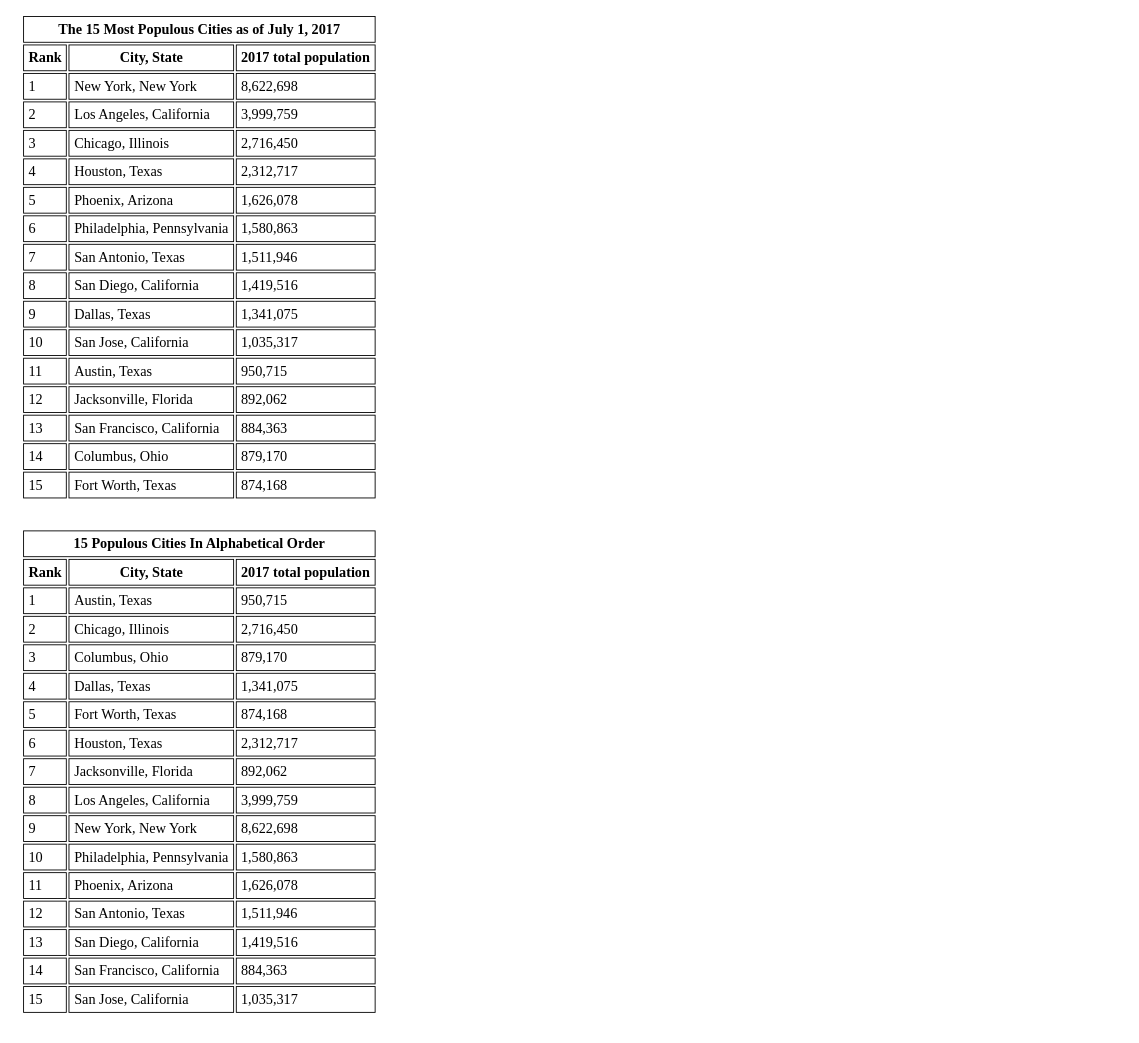
Repository: developergrace/cosw30
Page: http://localhost/homework/homework4/population.php
The author's editor kept a record of every edit. The page is drawn from the files as they stood at one moment, then again after the next edit.
The browser window is 1280 px wide. The pictures show the whole page, at 89% of full size.
The page is run by PHP 8.4 with error messages shown; the project is at /var/www/html/.

Above is the page before.

### homework/homework4/population.php
<!DOCTYPE html>
<html>
    <head>
        <meta charset="utf-8">
        <title>Activity 2: Array Table Output</title>
    </head>

    <style>
        table {
            margin: 1em 1em 2em;
        }

        th, tr, td {
            border: 1px solid black;
            padding: 5px;
        }
    </style>

    <body>
        <?php
            $states = [
                'New York, New York' => '8,622,698',
                'Los Angeles, California' => '3,999,759',
                'Chicago, Illinois' => '2,716,450',
                'Houston, Texas' => '2,312,717',
                'Phoenix, Arizona' => '1,626,078',
                'Philadelphia, Pennsylvania' => '1,580,863',
                'San Antonio, Texas' => '1,511,946',
                'San Diego, California' => '1,419,516',
                'Dallas, Texas' => '1,341,075',
                'San Jose, California' => '1,035,317',
                'Austin, Texas' => '950,715',
                'Jacksonville, Florida' => '892,062',
                'San Francisco, California' => '884,363',
                'Columbus, Ohio' => '879,170',
                'Fort Worth, Texas' => '874,168'
            ];
        ?>

        <table>
            <tr>
                <th colspan="3">The 15 Most Populous Cities as of July 1, 2017</th>
            </tr>

            <tr>
                <th>Rank</th>
                <th>City, State</th>
                <th>2017 total population</th>
            </tr>

            <?php
                $counter = 1;
                foreach($states as $key => $value):
            ?>

            <tr>
                <td><?php echo "$counter"; ?></td>
                <td><?php echo $key; ?></td>
                <td><?php echo $value; ?></td>
            </tr>

            <?php
                $counter++;
                endforeach;
            ?>
        </table>


        <?php
            ksort($states);
        ?>
        <table>
            <tr>
                <th colspan="3">15 Populous Cities In Alphabetical Order</th>
            </tr>

            <tr>
                <th>Rank</th>
                <th>City, State</th>
                <th>2017 total population</th>
            </tr>

            <?php
                $counter = 1;
                foreach($states as $key => $value):
            ?>

            <tr>
                <td><?php echo "$counter"; ?></td>
                <td><?php echo $key; ?></td>
                <td><?php echo $value; ?></td>
            </tr>

            <?php
                $counter++;
                endforeach;
            ?>
        </table>



    </body>
</html>

After the next edit:
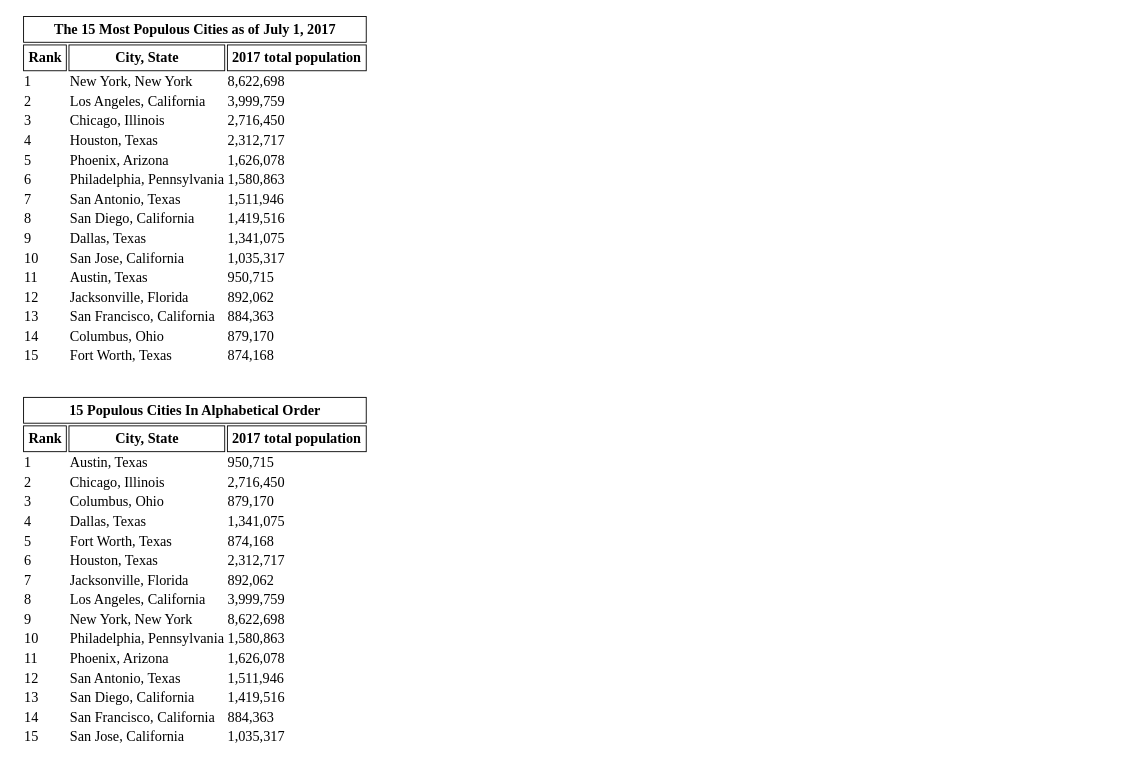
The edit:
--- a/homework/homework4/population.php
+++ b/homework/homework4/population.php
@@ -10,7 +10,7 @@
             margin: 1em 1em 2em;
         }
 
-        th, tr, td {
+        th, tr {
             border: 1px solid black;
             padding: 5px;
         }
